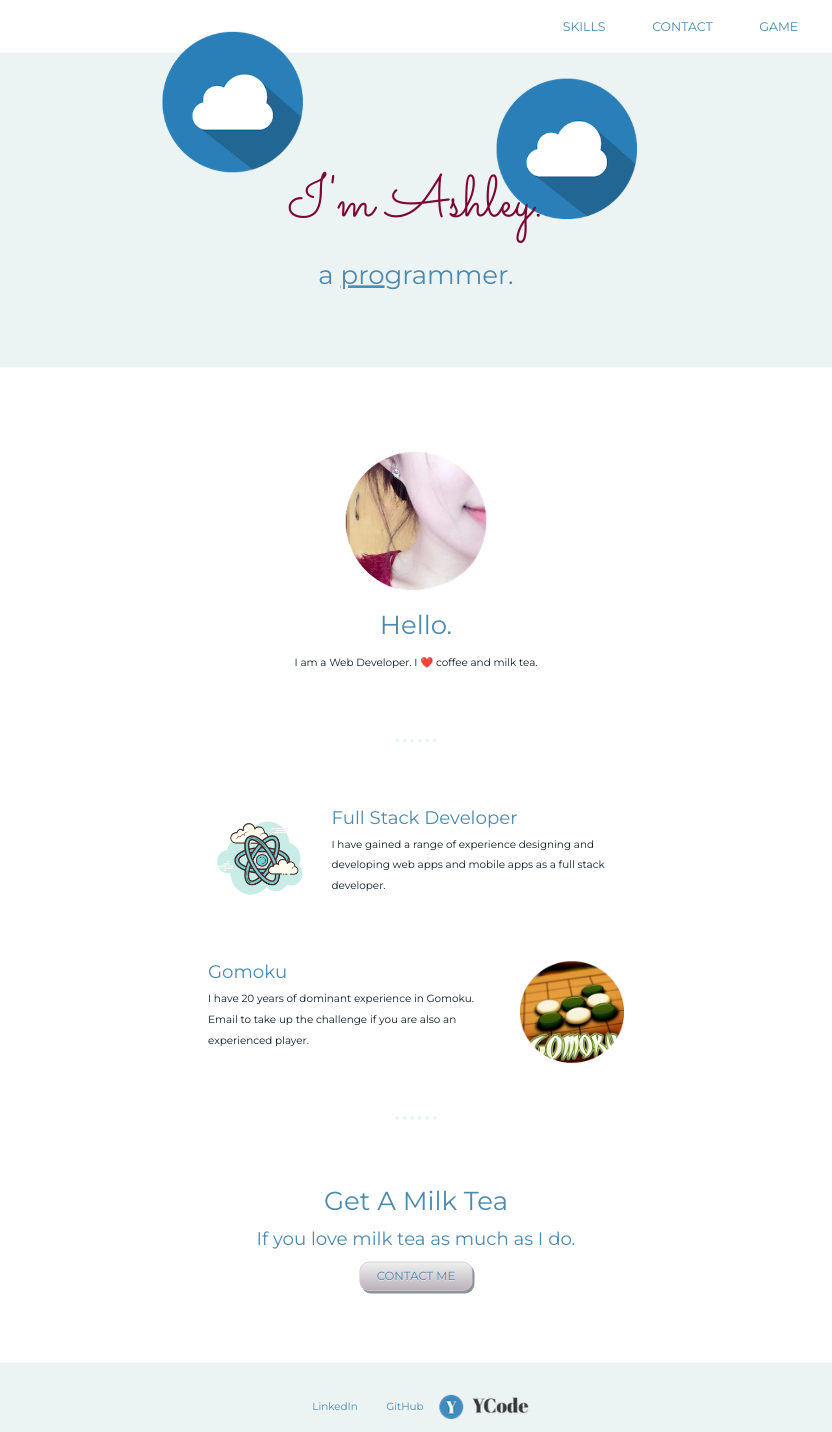
Repository: nosugarpls/YCode-my-website
Page: index.html
An editor plug-in stored every save of this project. The page is shown before and after the next save, followed by the edit.
The browser window is 1280 px wide. The pictures show the whole page, at 65% of full size.

Above is the page before, as saved 2020-09-25 10:13:45.

### index.html
<!DOCTYPE html>
<html>
<head>
  <meta charset="utf-8">
  <title>Ashley(Yu) Shi</title>


  <!-- CSS Stylesheets -->
  <link rel="stylesheet" href="https://stackpath.bootstrapcdn.com/bootstrap/4.5.2/css/bootstrap.min.css" integrity="sha384-JcKb8q3iqJ61gNV9KGb8thSsNjpSL0n8PARn9HuZOnIxN0hoP+VmmDGMN5t9UJ0Z" crossorigin="anonymous">
  <link rel="stylesheet" href="css/styles.css">
  <link href="https://fonts.googleapis.com/css?family=Merriweather|Montserrat|Sacramento" rel="stylesheet">
  <link rel="icon" href="images/YLogo.png">


  <!-- Bootstrap Scripts -->
  <script src="https://code.jquery.com/jquery-3.5.1.slim.min.js" integrity="sha384-DfXdz2htPH0lsSSs5nCTpuj/zy4C+OGpamoFVy38MVBnE+IbbVYUew+OrCXaRkfj" crossorigin="anonymous"></script>
  <script src="https://cdn.jsdelivr.net/npm/popper.js@1.16.1/dist/umd/popper.min.js" integrity="sha384-9/reFTGAW83EW2RDu2S0VKaIzap3H66lZH81PoYlFhbGU+6BZp6G7niu735Sk7lN" crossorigin="anonymous"></script>
  <script src="https://stackpath.bootstrapcdn.com/bootstrap/4.5.2/js/bootstrap.min.js" integrity="sha384-B4gt1jrGC7Jh4AgTPSdUtOBvfO8shuf57BaghqFfPlYxofvL8/KUEfYiJOMMV+rV" crossorigin="anonymous"></script>
</head>

<body>

  <!-- Nav Bar -->
  <nav class="navbar navbar-expand-lg navbar-light">
    <button class="navbar-toggler" type="button" data-toggle="collapse" data-target="#navbarToggler">
        <span class="navbar-toggler-icon"></span>
    </button>

    <div class="collapse navbar-collapse" id="navbarToggler">
      <ul class="navbar-nav ml-auto">
        <li class="nav-item">
          <a class="nav-link" href="#skills">SKILLS</a>
        </li>
        <li class="nav-item">
          <a class="nav-link" href="#contact">CONTACT</a>
        </li>
        <li class="nav-item">
          <a class="nav-link" href="piano.html">GAME</a>
        </li>
      </ul>
    </div>
  </nav>


  <div class="top-container">
    <img class="top-cloud" src="images/cloud.png" alt="cloud">
    <div class="title-text">
      <h1 class="big-title">I'm Ashley.</h1>
      <h2>a <span class="pro">pro</span>grammer.</h2>
    </div>
    <img class="bottom-cloud" src="images/cloud.png" alt="cloud">
  </div>

  <div class="middle-container">
    <div class="profile">
      <img class="avatar" src="images/ashely.png" alt="ashley-profile-img">
      <h2>Hello.</h2>
      <p class="intro">I am a Web Developer. I ❤️ coffee and milk tea.</p>
    </div>
    <hr>
    <div class="skills" id="skills">
      <div class="skill-row">
        <img class="react-img" src="images/react.png" alt="react-img">
        <h3>Full Stack Developer</h3>
        <p>I have gained a range of experience designing and developing web apps and mobile apps as a full stack developer.</p>
      </div>
      <div class="skill-row">
        <img class="game-img" src="images/game.png" alt="game-img">
        <h3>Gomoku</h3>
        <p>I have 20 years of dominant experience in Gomoku. Email to take up the challenge if you are also an experienced player.</p>
      </div>

    </div>
    <hr>
    <div class="contact-me" id="contact">
      <h2>Get A Milk Tea</h2>
      <h3>If you love milk tea as much as I do.</h3>
      <a class="btn" href="mailto:coloraworld@gmail.com">CONTACT ME</a>
    </div>
  </div>


  <div class="bottom-container">
    <a href="https://www.linkedin.com/in/yu-ashley-shi-328239197/">LinkedIn</a>
    <a href="https://github.com/nosugarpls">GitHub</a>
    <img src="images/logo.png" alt="img">
  </div>
</body>
</html>

### css/styles.css
body {
  color: #40514E;
  margin: 0;
  text-align: center;
  font-family: 'Merriweather', serif;
}

h1 {
  color: #7d0633;
  font-size: 5.625rem;
  margin: 50px auto 0 auto;
  font-family: 'Sacramento', cursive;
  z-index: 1;
  position: relative;
}

h2 {
  color: #4e89ae;
  font-family: 'Montserrat', sans-serif;
  font-size: 2.5rem;
  font-weight: normal;
  padding-bottom: 10px;
}

h3 {
  color: #4e89ae;
  font-family: 'Montserrat', sans-serif;
}

p {
  line-height: 2;
  color: #0f1e27;
  font-family: 'Montserrat', sans-serif;
}

hr {
  border: dotted #EAF6F6 6px;
  border-bottom: none;
  width: 4%;
  margin: 100px auto;
}

a {
  color: #4e89ae;
  font-family: 'Montserrat', sans-serif;
  margin: 10px 20px;
  text-decoration: none;
}

.big-title {
  padding-top: 30px;
  padding-bottom: 30px;
}

.avatar {
  padding-top: 30px;
  padding-bottom: 30px;
}


.top-container {
  background-color: #ecf4f3;
  position: relative;
  padding-top: 100px;
  padding-bottom: 100px;
}

.middle-container {
  margin: 100px 0;
}

.bottom-container {
  background-color: #ecf4f3;
  padding: 50px 0 20px;
}

.skill-row {
  width: 50%;
  margin: 100px auto 100px auto;
  text-align: left;
}

.pro {
  text-decoration: underline;
}

.intro {
  width: 30%;
  margin: auto;
  color: #0f1e27;
  font-family: 'Montserrat', sans-serif;
}

.contact-message {
  width: 40%;
  margin: 40px auto 60px;
}

.top-cloud {
  position: absolute;
  right: 300px;
  top: 40px;
}

.bottom-cloud {
  position: absolute;
  left: 250px;
  bottom: 300px;
}

.react-img {
  width: 25%;
  float: left;
  margin-right: 30px;
}

.game-img {
  width: 25%;
  float: right;
  margin-left: 30px;
}

.btn {
	box-shadow: 3px 4px 0px 0px #899599;
	background:linear-gradient(to bottom, #ededed 5%, #bab1ba 100%);
	background-color:#ededed;
	border-radius:15px;
	border:1px solid #d6bcd6;
	display:inline-block;
	cursor:pointer;
	color:#4e89ae;
  font-family: 'Montserrat', sans-serif;
	font-size:18px;
	padding:8px 25px;
	text-decoration:none;
	text-shadow:0px 1px 0px #e1e2ed;
}

.btn:hover {
	background:linear-gradient(to bottom, #bab1ba 5%, #ededed 100%);
	background-color:#bab1ba;
}

.btn:active {
	position:relative;
	top:1px;
}

/* Navigation Bar */

.nav-item {
  padding: 0 8px;
}

.nav-link {
  font-size: 1.2rem;
  font-family: 'Montserrat', sans-serif;
  color: #4e89ae !important;
  z-index: 2;
  position:relative;
}

After the next save:
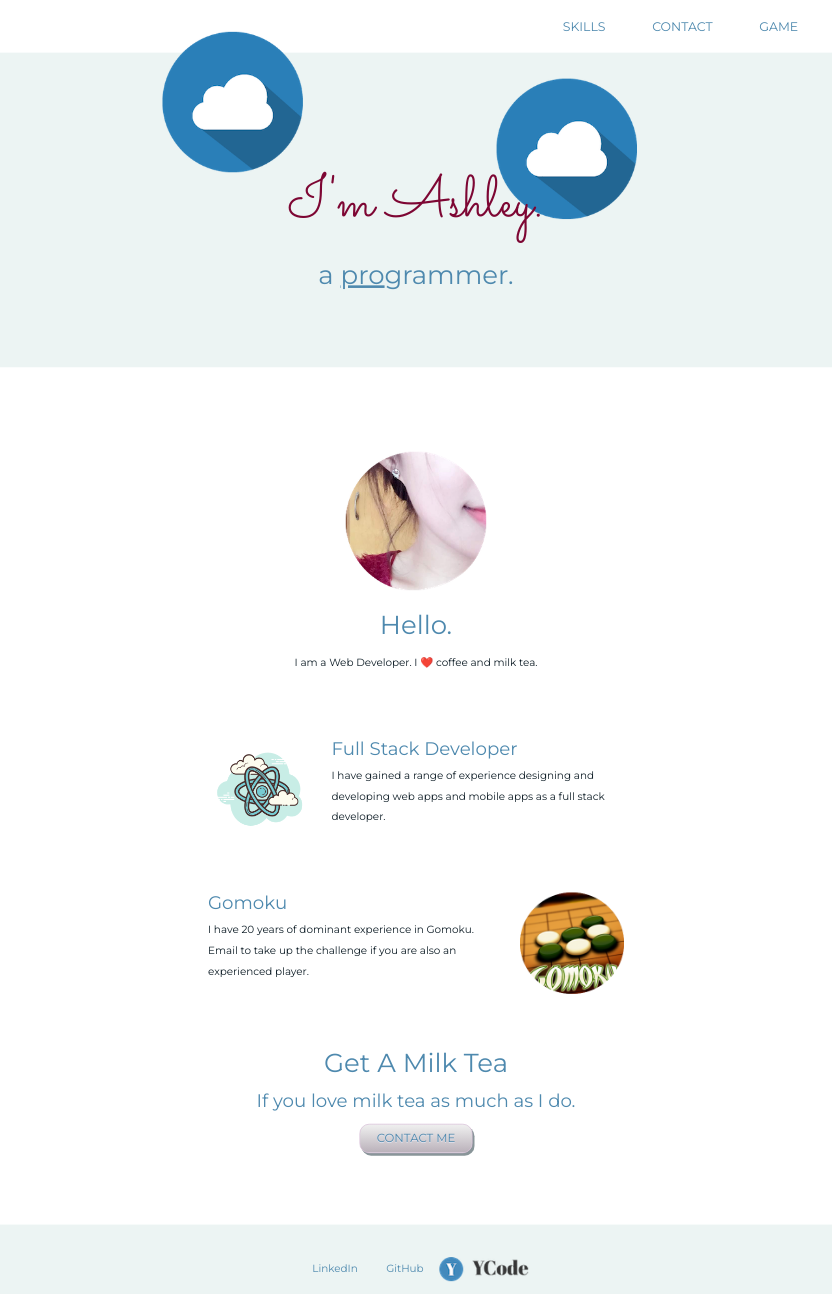
Saved 54 s later.
--- a/index.html
+++ b/index.html
@@ -57,7 +57,7 @@
       <h2>Hello.</h2>
       <p class="intro">I am a Web Developer. I ❤️ coffee and milk tea.</p>
     </div>
-    <hr>
+
     <div class="skills" id="skills">
       <div class="skill-row">
         <img class="react-img" src="images/react.png" alt="react-img">
@@ -71,7 +71,7 @@
       </div>
 
     </div>
-    <hr>
+
     <div class="contact-me" id="contact">
       <h2>Get A Milk Tea</h2>
       <h3>If you love milk tea as much as I do.</h3>
